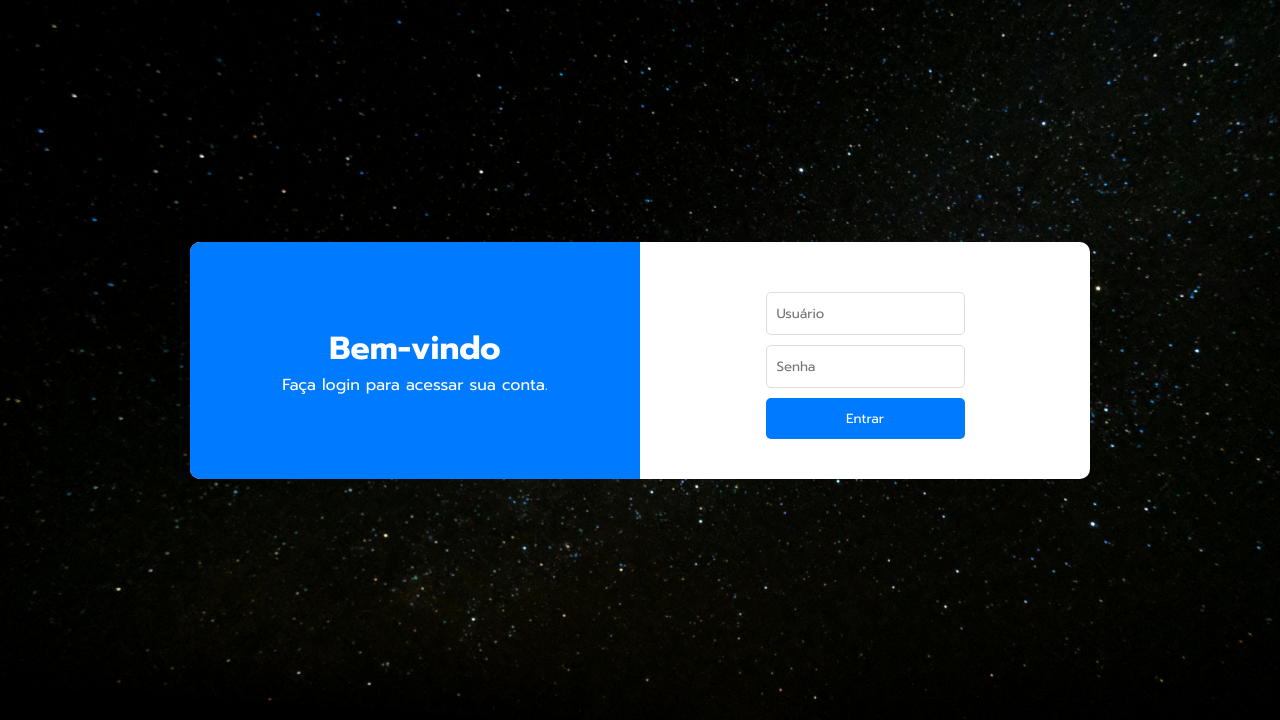
Repository: joao-paulo-paiva/tela-login
Page: index.html
An editor plug-in stored every save of this project. The page is shown before and after a run of saves, followed by the edit.
The browser window is 1280 px wide. The pictures show the whole page.

Above is the page before, as saved 2025-04-15 11:08:57.

### index.html
<!DOCTYPE html>
<html lang="pt-br">
<head>
    <meta charset="UTF-8">
    <meta name="viewport" content="width=device-width, initial-scale=1.0">
    <title>Tela de Login</title>
    <link rel="stylesheet" href="style.css">
    <link rel="preconnect" href="https://fonts.googleapis.com">
    <link rel="preconnect" href="https://fonts.gstatic.com" crossorigin>
    <link href="https://fonts.googleapis.com/css2?family=DM+Sans:ital,opsz,wght@0,9..40,100..1000;1,9..40,100..1000&family=Montserrat:ital,wght@0,100..900;1,100..900&family=Prompt:ital,wght@0,100;0,200;0,300;0,400;0,500;0,600;0,700;0,800;0,900;1,100;1,200;1,300;1,400;1,500;1,600;1,700;1,800;1,900&display=swap" rel="stylesheet">
</head>
<body>
    <div class="container">
        <div class="esquerda">
            <h1>Bem-vindo</h1>
            <p>Faça login para acessar sua conta.</p>
        </div>
        <div class="direita">
            <a href="#" class="teste-gratis"></a>
            <form action="#" method="POST">
                <input type="text" placeholder="Usuário" required>
                <input type="password" placeholder="Senha" required>
                <button type="submit">Entrar</button>
            </form>
        </div>
    </div>
</body>
</html>

### style.css
* {
    margin: 0;
    padding: 0;
    box-sizing: border-box;
    font-family: "Prompt", sans-serif;
}

body {
    display: flex;
    justify-content: center;
    align-items: center;
    height: 100vh;
    background-image: url(./imagens/pexels-francesco-ungaro-998641.jpg);
    background-size: cover;
    background-position: center;
    background-repeat: no-repeat;
}

.container {
    display: flex;
    width: 80%;
    max-width: 900px;
    background: white;
    border-radius: 10px;
    overflow: hidden;
}

.esquerda, .direita {
    width: 50%;
    padding: 40px;
}

.esquerda {
    background-color: #007bff;
    color: white;
    display: flex;
    flex-direction: column;
    justify-content: center;
    align-items: center;
}

.direita {
    display: flex;
    flex-direction: column;
    justify-content: center;
    align-items: center;
}

input {
    display: block;
    width: 100%;
    padding: 10px;
    margin: 10px 0;
    border: 1px solid #ddd;
    border-radius: 5px;
}

button {
    width: 100%;
    padding: 10px;
    background-color: #007bff;
    color: white;
    border: none;
    border-radius: 5px;
    cursor: pointer;
}

After the next 2 saves:
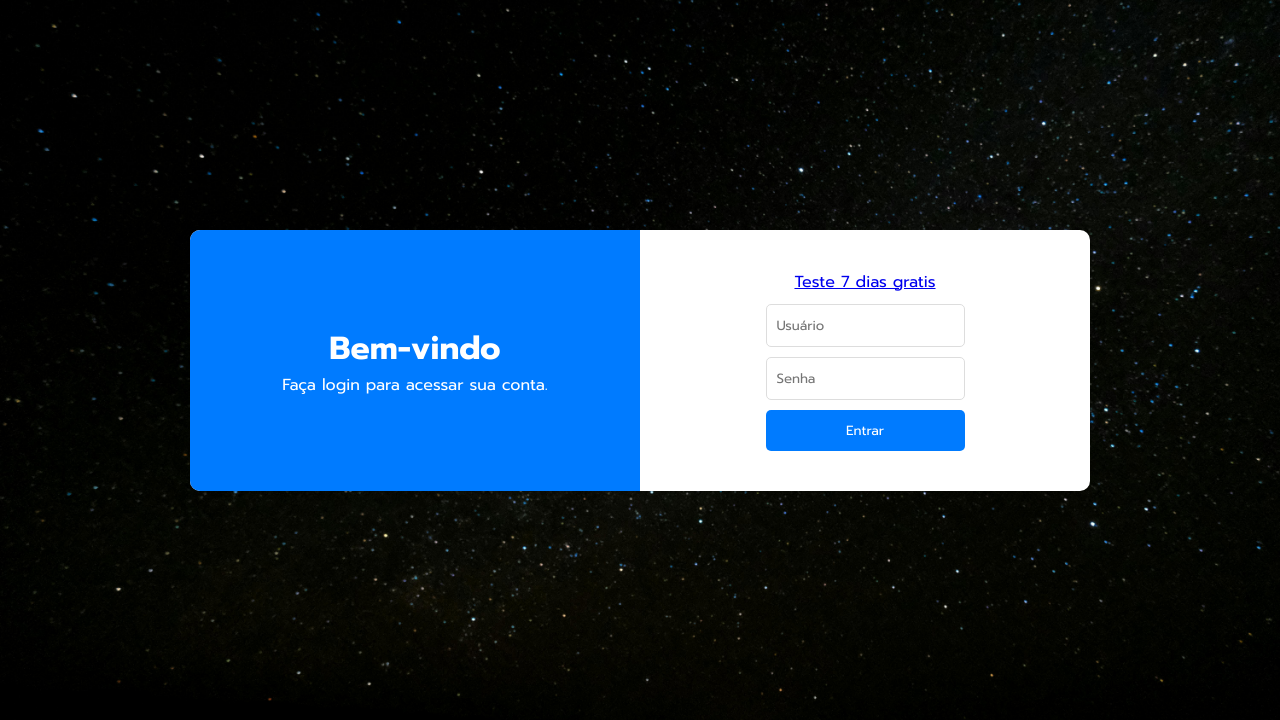
The 2 saves are shown as one change because they came seconds apart.
The last was saved 16 s later.
--- a/index.html
+++ b/index.html
@@ -16,7 +16,7 @@
             <p>Faça login para acessar sua conta.</p>
         </div>
         <div class="direita">
-            <a href="#" class="teste-gratis"></a>
+            <a href="#" class="teste-gratis">Teste 7 dias gratis</a>
             <form action="#" method="POST">
                 <input type="text" placeholder="Usuário" required>
                 <input type="password" placeholder="Senha" required>
